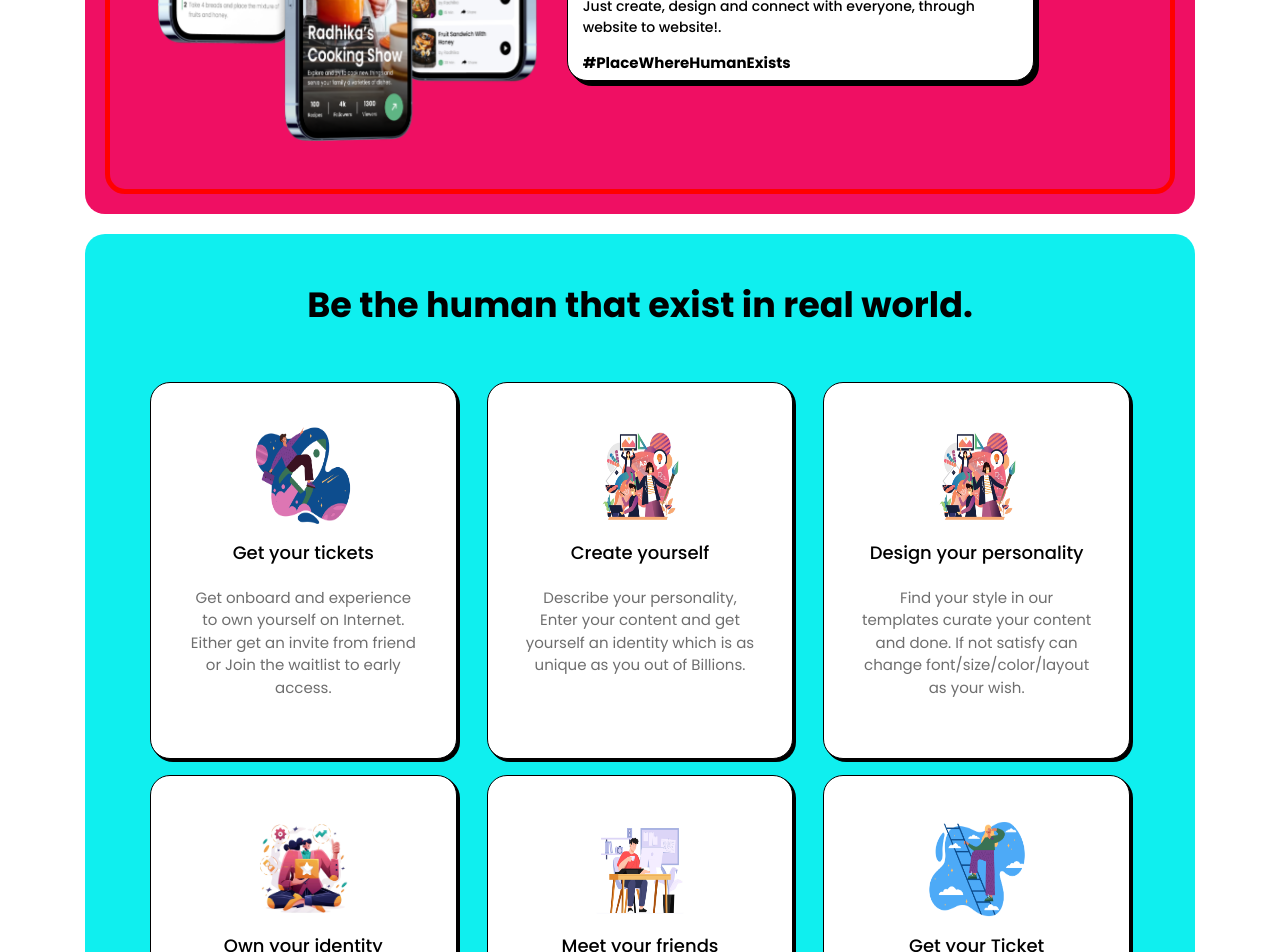
Repository: itsmesikandar/swavy.in.github.io
Page: index.html
The author's editor kept a copy of each file at every save. The page is drawn from the files as they stood at one save, then again after the next save.
The browser window is 1280 px wide. The pictures show the part of the page from y = 3350 to 4302 px (the page is 5039 px tall).

Above is the page before, as saved 2023-02-23 22:53:36.
Console error: TypeError: Cannot read properties of undefined (reading 'fn')

After the next save:
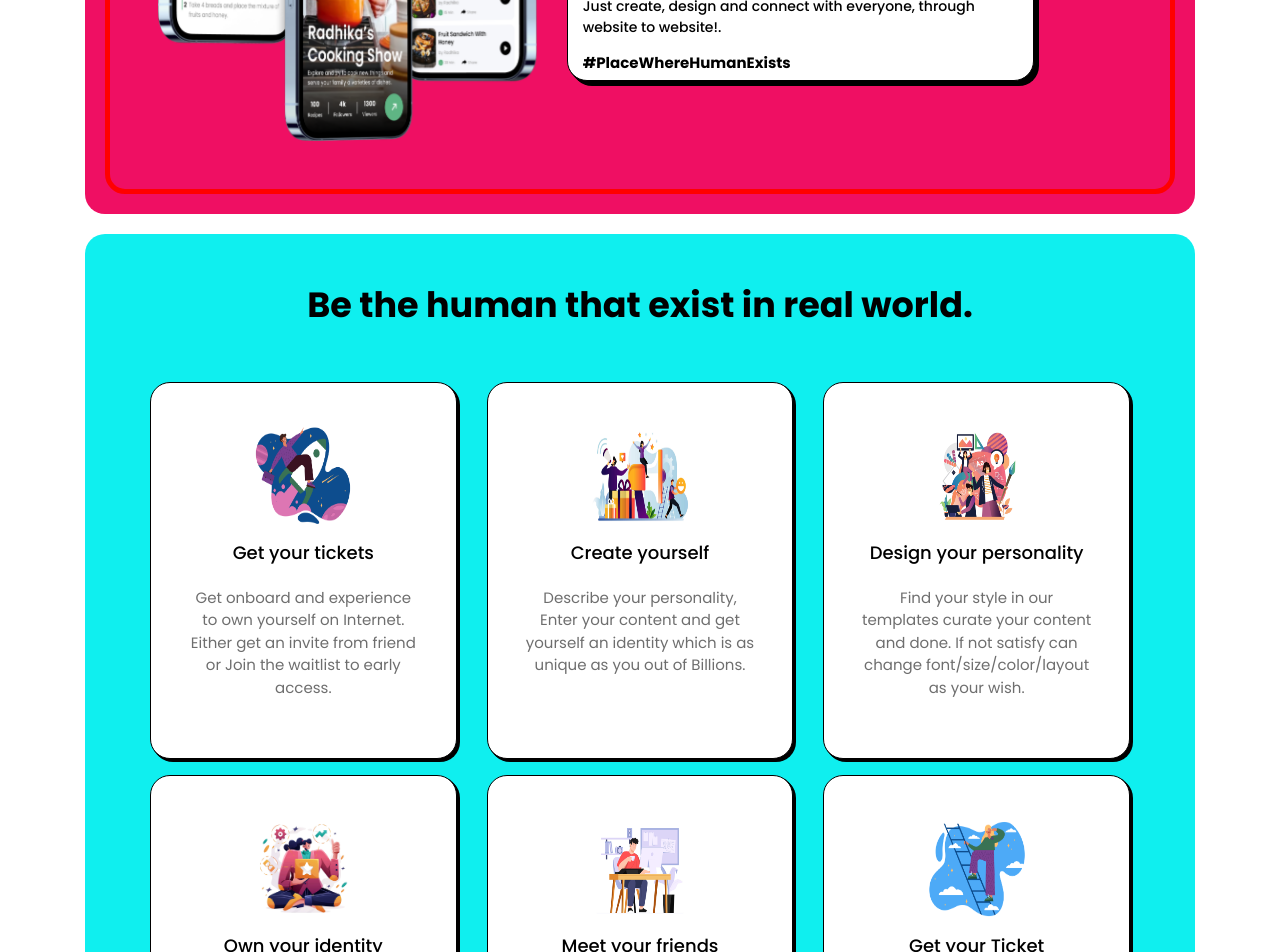
Saved 5 s later.
--- a/index.html
+++ b/index.html
@@ -222,7 +222,7 @@
                   <div class="card customer-cards card customer-cards font-wt-wb box-shadow-3d-e">
                     <div class="card-body">
                       <div class="text-center">
-                        <img src="images/create.jpg" width="100" height="100" alt="" class="img-customer">
+                        <img src="images/friends.jpg" width="100" height="100" alt="" class="img-customer">
                         <div class="content-divider m-auto"></div>
                         <h6 class="card-title pt-3">Create yourself</h6>
                         <p class="m-0 py-3 text-muted">Describe your personality, Enter your content and get yourself an identity which is as unique as you out of Billions.</p>
